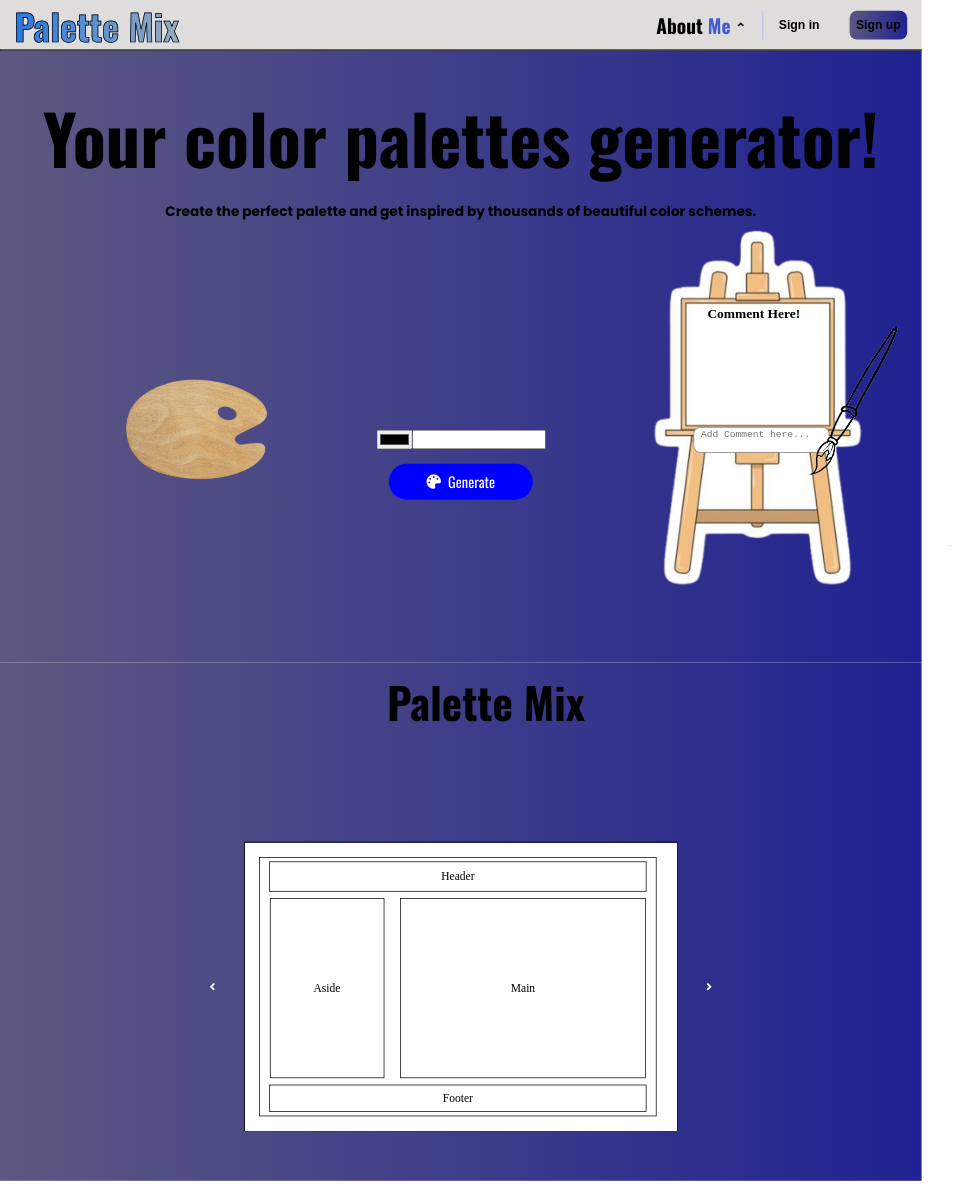
Repository: dmpelaez/Login-Signup-form
Page: Color/colorHeader.html
These files come from the project's save history. The page is drawn as it stood at one moment and after the next save; the edit follows.
The browser window is 1280 px wide. The page is 1353 px wide, so the pictures cover 1353 px, including what lies to the right of the window. The pictures show the whole page, at 72% of full size.
Some web libraries are served in a nearby version.

Above is the page before, as saved 2025-12-12 18:50:47.

### Color/colorHeader.html
<!DOCTYPE html>

  <html lang="en" dir="ltr">

    <head>

      <title>Palette Mix</title>
      <!--Style-->
      <link rel="stylesheet" href="colorHeader.css">
      <link rel="stylesheet" href="colorMain.css">
      <link rel="stylesheet" href="https://cdnjs.cloudflare.com/ajax/libs/font-awesome/5.14.0/css/all.min.css">
    </head>
    <body>

      <header class="color-header">
        <!--Title-->
        <a href="colorHeader.html">
          <section id="title" class="color-title">
            Palette Mix
          </section>
        </a>

        <!--End-->

        <!--Right side navigation bar-->
        <section class="navigation-bar">

          <!--About me-->
          <button class="about-me">
            <span class="aboutme">About <span class="me-text">Me</span></span>
            <i class="fas fa-angle-up"></i>
          </button>

          <!--Login & Signup form-->
          <div class="signin-signup">
            <button class="sign-in">
              Sign in
            </button>
            <button class="sign-up">
              Sign up
            </button>
          </div>
        </section>
        <!--End-->
        <div class="aboutmeSection">
          <div class="sectionAboutme">

            <img class="imageofme" alt="Creator Image" src="WIN_20241001_13_05_33_Pro.jpg">
            <P class="gd">Good day!</P>
            <p class="introduction">
              I am Delmar Galibo Pelaez, 19 years old from Manila, Philippines.
              I am a self-taught programmer who decided to study HTML, CSS and JavaScript to become
              a web developer and I'm hoping to thrive and learn more about on this field to create and serve to others.
            </p>

          </div>

          <div class="aboutThisProject">
            <h2 class="info-project">Palette Mix</h2>
            <p class="infoPalette">
              This project is only created for fun and to challenge myself to create different projects so as to improve skills in web development.
              The creation of Palette Mix started when I'm searching for a project to do because I always hear other programmers that to improve quickly and effieciently --
              you need to create your own projects. Palette Mix is about generating different colors that can be use to mix and create a great layout design for a websites!
            </p>
          </div>

          <div class="connectSection">
            <div class="contacts">
              <h2 class="connect-text">Connect:</h2>
              <a class="githubLink" href="#" target="_blank">
                 <img class="github" alt="Github" src="download__1_-removebg-preview.png">
              </a>
              <a class="facebook"  href="#" target="_blank">
                <img class="fb"  alt="Facebook" src="facebook-logo (1).png">
              </a>
            </div>

          </div>

        </div>


      </header>

      <main class="mainpage">

        <!--Main page-->
        <div class="main-page">

          <section class="title1">

            <h1 class="intro">Your color palettes generator!</h1>

            <h3 class="little-info">Create the perfect palette and get inspired by thousands of beautiful color schemes.</h3>
            <div class="sliding">
              <div class="colors">
              </div>
              <div class="colors2">
              </div>
              <div class="colors3">
              </div>
               <div class="colors4">
              </div>
            </div>

            <div class="colorSearch">
              <input type="color" class="colorbox">
              <Input type="text"  class="textbox">
              <img class="brush" src="brush.png">
              <img class="plate" src="plate.png">
              <img class="board" src="board.png">
                <div class="comment-section">
                  <h3 class="comment-text">Comment Here!</h3>
                  <ul class="comment-list"></ul>
                  <textarea class="comment-input" placeholder="Add Comment here..."></textarea>
                </div>
              </img>

            </div>

            <button class="generator">
              <i class="fas fa-palette"></i>
              Generate
            </button>
          </section>


        </div>

        <div class="theWhole">
          <div class="paletteText">Palette Mix</div>
          <div class="colorGenerator">
          </div>

          <div class="wholeDesign">
          <i id="leftIcon" class="fas fa-angle-left"></i>
              <div class="divBox">

            <!--Design 1-->


            <div class="divScroll">
              <div  class="div1">
                <div id="randomBox1" class="divpage1">
                  <header id="randomBox2" class="headerDiv1">Header</header>
                  <main  id="randomBox3" class="mainDiv1">
                    <div id="randomBox4" class="asideDiv1">Aside</div>
                    <div id="randomBox5" class="frontDiv1">Main</div>
                  </main>
                  <footer id="randomBox7" class="footerDiv1">Footer</footer>
                </div>
              </div>
              <!--Design 2-->
              <div  class="div2">
                <div id="randomBox1" class="divpage2">
                  <header id="randomBox2" class="headerDiv2">Header</header>
                    <div id="randomBox4" class="asideDiv2">Aside</div>
                    <div id="randomBox5" class="frontDiv2">Main</div>
                  <footer id="randomBox7" class="footerDiv2">Footer</footer>
                </div>
              </div>

              <!--Design 3-->

              <div  class="div3">
                <div id="randomBox1" class="divpage3">
                  <header id="randomBox2" class="headerDiv3">Header</header>
                    <div class="navBar">Navigation</div>
                    <div id="randomBox4" class="asideDiv3">Aside</div>
                    <div id="randomBox4" class="asideDiv32">Aside</div>
                    <div id="randomBox5" class="frontDiv3">Main</div>

                  <footer id="randomBox7" class="footerDiv3">Footer</footer>
                </div>
              </div>

            </div>
          </div>
          <i id="rightIcon"class="fas fa-angle-right"></i>



        </div>

        </div>


      </main>


      <script type="module" src="color.js"></script>

    </body>

  </html>

### Color/colorHeader.css
@import url('https://fonts.googleapis.com/css2?family=Anton&family=Oswald:wght@200..700&family=Poppins:ital,wght@0,100;0,200;0,300;0,400;0,500;0,600;0,700;0,800;0,900;1,100;1,200;1,300;1,400;1,500;1,600;1,700;1,800;1,900&family=Roboto:ital,wght@0,100..900;1,100..900&display=swap');

body {
  margin: 0;
  padding: 0;
}

.color-header {
  display: flex;
  justify-content: space-between;
  align-items: center;
  padding-left: 20px;
  padding-right: 20px;
  background: rgb(223, 220, 220);
  box-sizing: border-box;
  position: fixed;
  right: 0;
  left: 0;
  top: 0;
  height: 70px;
  border-bottom: 1px solid gray;
  z-index: 2;
}
@media (max-width: 670px) {
  .color-header {
    gap: 30px;
  }
}

a {
  text-decoration: none;
  flex-shrink: 0;
}

.color-title {
font-family: "Oswald", sans-serif;
font-weight: bold;
display: flex;
height: 50px;
font-size: 50px;
justify-content: start;
align-items: center;
-webkit-text-stroke: 1px black;
background: linear-gradient(90deg, rgb(41, 120, 224), rgb(150, 171, 190));
-webkit-background-clip: text;
-webkit-text-fill-color: transparent;
transition: all 0.3s ease;
cursor: pointer;
flex-shrink: 0;
}




.navigation-bar {
  display: Flex;
  justify-content: space-between;
  align-items: center;
  gap: 20px;
  height: 50px;
}
.signin-signup {
  display: Flex;
  border-left: 1px solid rgb(162, 183, 240);
  justify-content: space-between;
  align-items: center;
  gap: 30px;
  height: 40px;
  padding-left: 10px;
}

.sign-up {
  height: 40px;
  width: 80px;
  border-radius: 10px;
  border: none;
  background: transparent;
  color: black;
  font-family: arial;
  font-weight: bold;
  font-size: 17px;
  cursor: pointer;
  background: linear-gradient(90deg, rgb(92, 88, 129), rgb(32, 34, 145));
}
.sign-in {
  height: 40px;
  width: 80px;
  border-radius: 10px;
  border: none;
  background: transparent;
  color: black;
  font-family: arial;
  font-weight: bold;
  font-size: 17px;
  cursor: pointer;

}
.sign-in:hover,
.sign-up:hover {
background: linear-gradient(90deg, rgb(92, 88, 129), rgb(32, 34, 145));
  color: white;
}
.about-me {
  display: flex;
  justify-content: space-evenly;
  height: 40px;
  align-items: center;
  background-color: transparent;
  border: none;
  cursor: pointer;
  border-radius: 5px;
  flex-shrink: 0;
}
.about-me:hover {
  color: white;
  background: linear-gradient(90deg, rgb(92, 88, 129), rgb(32, 34, 145));
}
.aboutme {
  font-weight: bold;
  font-size: 27px;
  font-family: "Oswald";

}

.me-text {
  margin-right: 10px;
  color: rgb(66, 93, 212);
}

### Color/colorMain.css
@import url('https://fonts.googleapis.com/css2?family=Anton&family=Luckiest+Guy&family=Oswald:wght@200..700&family=Poppins:ital,wght@0,100;0,200;0,300;0,400;0,500;0,600;0,700;0,800;0,900;1,100;1,200;1,300;1,400;1,500;1,600;1,700;1,800;1,900&family=Roboto:ital,wght@0,100..900;1,100..900&display=swap');

body {
  height: 1580px;
}

.mainpage {
margin-top: 70px;
display: grid;
max-width: 1900px;
flex-shrink: 0;
position: relative;
}



.main-page {

}
.intro {
  font-weight: bold;
  font-size: 95px;
  white-space: wrap;
  font-family: "Oswald";
  flex-shrink: 0;
  display: flex;
  margin: 0px;
}


.aboutmeSection {
  display: grid;
  position: absolute;
  border: 1px solid black;
  background-color: rgb(39, 37, 37);
  left: 0;
  top: 100%;
  right: 0%;
  border-top: none;
  height: 0px;
  justify-content: space-between;
  align-items: center;
  grid-template-columns: 1fr 1fr;
  grid-template-rows: 1fr 100px;
  overflow: hidden;
  transition: height 0.3s ease;
}

.aboutmeSection .btndown {
  display: grid;
  opacity: 1;
  height: 500px;
}
.sectionAboutme {
  display: flex;
  height: 200px;
  justify-content: center;
 align-items: center;
 position: relative;
 gap: 20px;
 padding-left: 40px;
}
.imageofme {
  width: 350px;
  height: 350px;
  object-fit: cover;
  border-radius: 50%;
}
.introduction {
  width: 350px;
  font-family: "Oswald";
  color: white;
}
.connectSection {
  grid-column: 1 / 2 span;

  background: linear-gradient(90deg, rgb(92, 88, 129), rgb(32, 34, 145));
}
.contacts {
  display: flex;
  padding-left: 20px;
  align-items: center;
}
.gd {
  font-weight: bold;
  font-size: 40px;
  white-space: nowrap;
  position: absolute;
  top: -90px;
  left: 410px;
  color: white;
  font-family: "Oswald";
}

.fb {
  width: 20px;
  margin-left: 20px;
}
.github {
  width: 45px;
  margin-left: 20px;
}
.connect-text {
  font-family: "Oswald";
  font-size: 15px;
}
.info-project {
  color: white;
  font-weight: bold;
  font-family: "Oswald";
  font-size: 40px;
  margin: 0px;
  display: inline-block;
  margin-right: 120px;
}
.aboutThisProject {
  display: flex;
  flex-direction: column;
  justify-content: center;
  align-items: center;
  margin-bottom: 40px;
}
.infoPalette {
  color: white;
  font-family: "Oswald";
  width: 400px;
}



.title1 {
  display: flex;
  flex-direction: column;
    width: 100%;
  height: 800px;
  justify-content: start;
  position: relative;
  padding-top: 50px;
  align-items: center;
 background: linear-gradient(90deg, rgb(92, 88, 129), rgb(32, 34, 145));
 transition: background 6s ease;

}


.animate-gradient {
  animation: gradientShift 6s infinite alternate;
}

.little-info {

  font-size: 19px;
  color: rgb(0, 0, 0);
  font-family: "Poppins";
}

.letters {
  display: inline-block;
  margin: 2px;
}

.letters:hover {
  cursor: pointer;
  transition: text-shadow 0.3s ease;

  animation: wiggle 0.2s infinite alternate;
}


@keyframes wiggle {
  from {transform: translateX(0);}
  to {transform: translateX(-10px);}
}
.colors,
.colors2,
.colors3,
.colors4  {
  display: flex;

   width: 500px;
  height: 150px;
  justify-content: center;

   gap: 10px;
}
.colors div,
.colors2 div,
.colors3 div,
.colors4 div {
  display: Flex;
  height: 145px;
  flex-direction: row;
  width: 200px;
  justify-content: center;
}
.box {
  display: Flex;
  align-items: center;
  justify-content: center;
  font-weight: bold;
  font-size: 19px;
  text-transform: uppercase;
  cursor: pointer;

  border-radius: 10px;
}
.sliding {

  height: 250px;
 position: relative;
 overflow: hidden;
 margin-bottom: 20px;
}
.colors,
.colors2,
.colors3,
.colors4 {
  animation: scrollUp 6s linear infinite;

}


@keyframes scrollUp {
  0%   { transform: translateY(0); }
  25%   { transform: translateY(-50%); }
  50%   { transform: translateY(-100%); }
  75%   { transform: translateY(-150%); }
  100% { transform: translateY(-205%); }
}

.colorSearch {
  display: Flex;
  position: relative;
}
.brush {
  position: absolute;
  width: 300px;
  object-fit: cover;
  z-index: 1;
  top: -250px;
  right: -580px;
  pointer-events: none;
}
.plate {
  position: absolute;
  width: 200px;
  left: -350px;
  top: -70px;


}
.board {
  position: absolute;
  width: 600px;
  top: -330px;
  left: 230px;
  pointer-events: none;
}

.comment-section {
  position: absolute;
  right: -394px;
  bottom: -20%;
  display: flex;
  flex-direction: column;
  height: 250px;
  justify-content: end;
  text-align: center;

}
.comment-list {
position: absolute;
bottom: 10%;
display: flex;
align-items: left;
justify-content: start;

gap: 10px;
height: 140px;
width: 189px;
padding: 0;
left: -16px;
flex-direction: column;
overflow-y: scroll;
padding-left: 10px;
}
.comment-text {
  margin: 0px;
  Position: absolute;
  top: 45px;
  left: 20px;
  white-space: nowrap;
}
.comment-input {
display: flex;
position: initial;
padding-left: 10px;
text-align: middle;
align-items: center;
justify-content: center;
border-radius: 10px;
outline: none;
}
.comments {
  display: flex;
  justify-content: start;
  text-align: left;
  width: 160px;
  white-space: normal;
  word-wrap: break-word;
  word-break: break-all;
  overflow-wrap: break-word;
  border: 1px solid gray;
  padding: 10px;
  padding-right: 0px;
}


.generator {
  display: flex;
  background: blue;
  border: none;
  border-radius: 50px;
  height: 50px;
  align-items: center;
  justify-content: center;
  margin-top: 20px;
  width: 200px;
  font-family: "Oswald";
  font-size: 20px;
  color: white;
  cursor: pointer;
}
.generator i {
  margin-right: 10px;
}

.colorGenerator {
  display: flex;


  height: 200px;
  width: 100%;
  align-self: center;
 justify-self: center;
 align-items: center;
 justify-content: center;
 gap: 10px;

}
.generateColor {
  display: flex;
  border-width: 1px;
  border-radius: solid;
  width: 200px;
  height: 100px;
  justify-content: center;
  align-items: center;
  cursor: pointer;
  color: black;
}

.paletteText {
  font-weight: bold;
  font-family: "Oswald";
  font-size: 60px;
  position: absolute;
  left: 42%;
  top: 0;
  right: 50%;
  white-space: nowrap;
  top: 10px;

}

.theWhole {
  height: 100vh;
  display: flex;
  flex-direction: column;
  justify-content: center;
  align-items: center;
  position: relative;
 background: linear-gradient(90deg, rgb(92, 88, 129), rgb(32, 34, 145));
}

.divBox {
  border: 1px solid black;
  height: 400px;
  width: 600px;
  display: flex;
  align-items: center;
  justify-content: center;
  align-self: center;
  justify-self: center;
  gap: 20px;
  background-color: white;
  overflow-x: auto;
  scroll-behavior: smooth;
  position: relative;
}
.divBox::-webkit-scrollbar {
  display: none;
}
.wholeDesign {
  display: flex;
  justify-content: center;
  align-items: center;
  margin-bottom: 20px;
}


.divBox i {
  cursor: pointer;
  margin-right: 10px;
  margin-left: 10px;

}

.divScroll {
  display: flex;
  justify-content: space-evenly;
  height: 90%;
  min-width: 90%;
  position: absolute;
  left: 20px;
  background-color: white;
  gap: 30px;

}

.div1{
  display: grid;
  border: 1px solid black;
  min-height: 90%;
  width: 550px;
  flex-direction: column;
  z-index: 1;


}


.div2 {
 display: grid;
  border: 1px solid black;
  min-height: 90%;
  width: 550px;
  flex-direction: column;
  z-index: 1;

}
.div3 {
  display: grid;
  border: 1px solid black;
  min-height: 90%;
  width: 550px;
  flex-direction: column;
  z-index: 1;
  margin-right: 20px;

}





.divpage1 {
  display: flex;
   z-index: 2;
   flex-direction: column;
  height: 100%;
  min-width: 100%;
  justify-content: space-between;
  align-items: center;

}

.headerDiv1 {
  display: flex;
  align-items: center;
  justify-content: center;
  height: 40px;
  border: 1px solid black;
  min-width: 95%;
  margin-top: 5px;
  z-index: 2;
  background-color: white;
}
.mainDiv1{
  display: flex;
   z-index: 2;
  height: 70%;
  min-width: 95%;
  justify-content: space-between;

}
.footerDiv1 {
  display: flex;
  border: 1px solid black;
  min-width: 95%;
  justify-content: center;
  height: 10%;
  align-items: center;
  margin-bottom: 5px;
    z-index: 2;
    background-color: white;
}
.asideDiv1 {
  border: 1px solid black;
  min-width: 30%;
  display: flex;
  align-items: center;
  justify-content: center;
  z-index: 2;
  background-color: white;
}
.frontDiv1 {
  display: flex;
  border: 1px solid black;
  min-width: 65%;
  justify-content: center;
  align-items: center;
  z-index: 2;
  background-color: white;
}





.divpage2 {
  display: grid;
grid-template-columns: 150px 1fr 1fr 1fr;
grid-template-rows: 150px 1fr 1fr 1fr;
row-gap: 10px;
column-gap: 10px;
margin: 10px;
}
.headerDiv2 {
  grid-row: 1 / 3 span;
  display: flex;
  justify-content: center;
  align-items: center;
  border: 1px solid black;
  background-color: white;
}

.footerDiv2 {
  grid-row: 4 / 1 span;
  grid-column: 4 span;
  display: flex;
  justify-content: center;
  align-items: center;
  border: 1px solid black;
  background-color: white;
}


.frontDiv2 {
grid-column: 2 / 3 span;
grid-row: 1 / 2 span;
display: flex;
justify-content: center;
align-items: center;
border: 1px solid black;
background-color: white;
}
.asideDiv2 {
  grid-column: 2 / 3 span;
  display: flex;
  justify-content: center;
  align-items: center;
  border: 1px solid black;
  background-color: white;
}




.divpage3 {
  display: grid;
  grid-template-columns: 150px 1fr 150px;
  grid-template-rows: 50px 40px 1fr 1fr 40px;
  row-gap: 10px;
  column-gap: 10px;
  margin: 10px;

}
.headerDiv3 {
  grid-column: 1 / 3 span;
  display: flex;
  justify-content: center;
  align-items: center;
  border: 1px solid black;
  background-color: white;
}
.navBar {
  grid-column: 1 / 3 span;
  display: flex;
  justify-content: center;
  align-items: center;
  border: 1px solid black;
background-color: white;
}
.asideDiv3 {
  display: flex;
  border: 1px solid black;
  justify-content: center;
  align-items: center;
background-color: white;
}
.asideDiv32 {
  display: Flex;
  border: 1px black solid;
  grid-row: 4;
  justify-content: center;
  align-items: center;
  background-color: white;
}
.frontDiv3 {
  display: flex;
  justify-content: center;
  align-items: center;
  border: 1px solid black;
  grid-row: 3 / 2 span;
  grid-column: 2 / 2 span;
  background-color: white;
}
.footerDiv3 {
  display: Flex;
  align-items: center;
  justify-content: center;
  border: 1px solid black;
  grid-column: 1 / 3 span;
  background-color: white;
}




#leftIcon {
  cursor: pointer;
  color: white;
  margin-right: 20px;
  padding: 20px;
}
#rightIcon {
  cursor: pointer;
  margin-left: 20px;
  padding: 20px;
 color: white;
}

Loaded but not shown: Color/color.js (465 lines, source omitted)

After the next save:
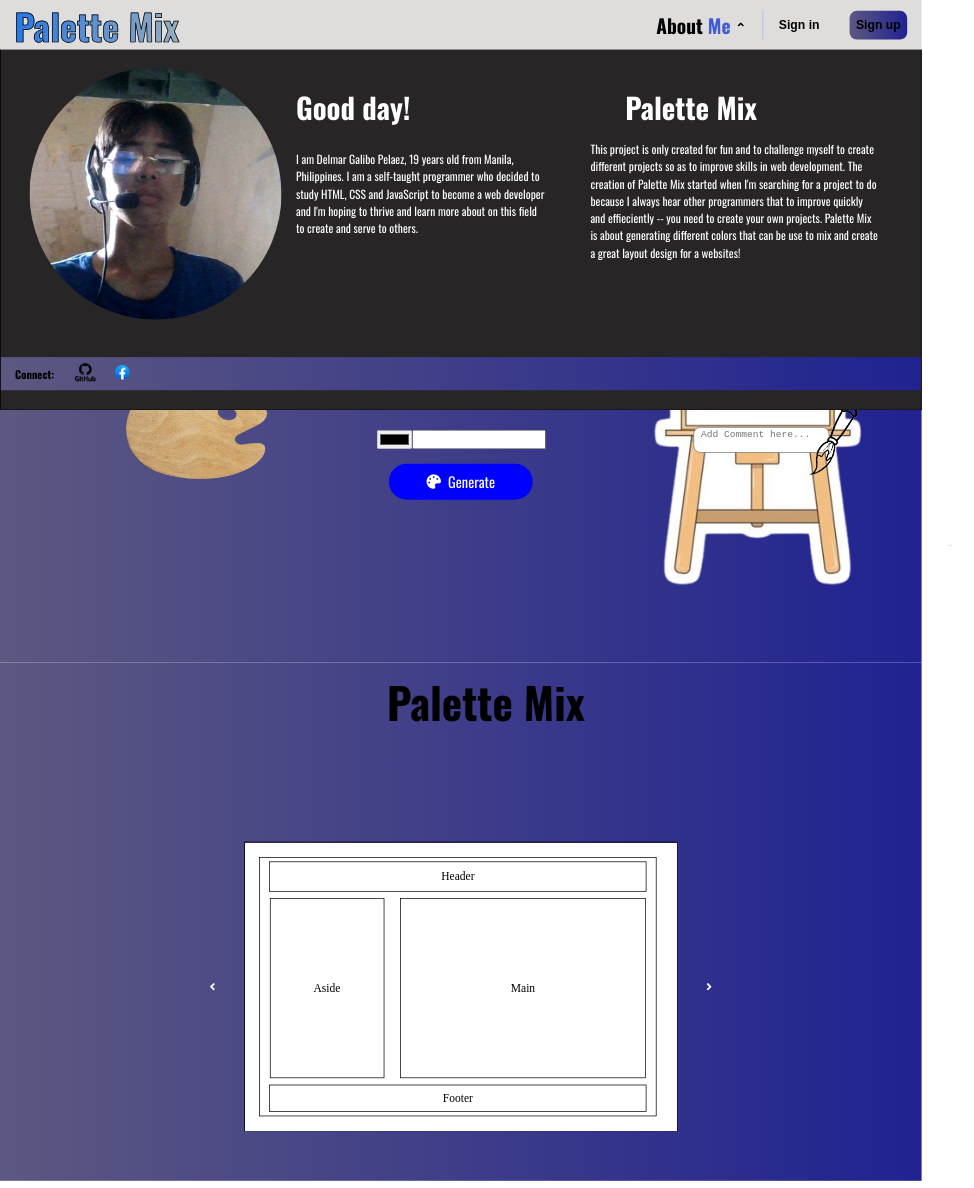
Saved 33 s later.
--- a/Color/colorMain.css
+++ b/Color/colorMain.css
@@ -37,7 +37,7 @@ position: relative;
   top: 100%;
   right: 0%;
   border-top: none;
-  height: 0px;
+  height: 500px;
   justify-content: space-between;
   align-items: center;
   grid-template-columns: 1fr 1fr;
